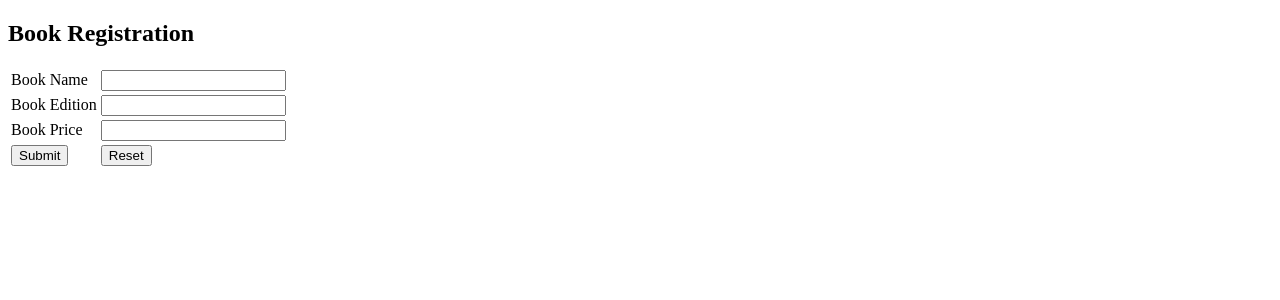
Repository: saurabh-7079/BookApp
Page: BookWebApp/WebContent/home.html
An editor plug-in stored every save of this project. The page is shown before and after the next save, followed by the edit.
The browser window is 1280 px wide. The pictures show the whole page.

Above is the page before, as saved 2023-06-05 05:59:18.

### BookWebApp/WebContent/home.html
<!DOCTYPE html>
<html>
<head>
<meta charset="ISO-8859-1">
<title>Insert title here</title>
</head>
<body>

<h2>Book Registration</h2>
<form action="register" method="post">
<table>
<tr>
<td> Book Name </td>
<td><input type="text" name="bookName"></td>
</tr>
<tr>
<td> Book Edition </td>
<td><input type="text" name="bookEditon"></td>
</tr>
<tr>
<td> Book Price </td>
<td><input type="text" name="bookPrice"></td>
</tr>
<tr>
<td><input type="submit" name="register"></td>
<td><input type="reset" name="cancel"></td>
</tr>
</table>
</form>
</body>
</html>

Loaded but not shown: BookWebApp/WebContent/css/bootstrap.css (library)

After the next save:
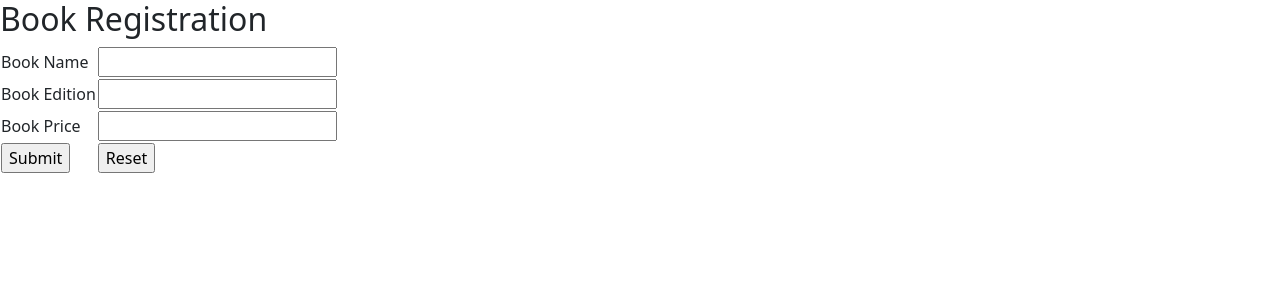
Saved 58 s later.
--- a/BookWebApp/WebContent/home.html
+++ b/BookWebApp/WebContent/home.html
@@ -3,6 +3,7 @@
 <head>
 <meta charset="ISO-8859-1">
 <title>Insert title here</title>
+<link rel="stylesheet" href="css/bootstrap.css">
 </head>
 <body>
 

After the save that followed:
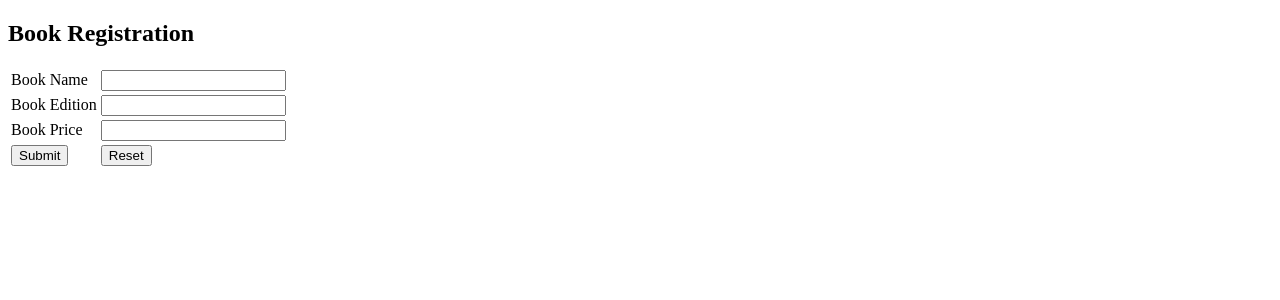
Saved 30 s later.
--- a/BookWebApp/WebContent/home.html
+++ b/BookWebApp/WebContent/home.html
@@ -3,7 +3,7 @@
 <head>
 <meta charset="ISO-8859-1">
 <title>Insert title here</title>
-<link rel="stylesheet" href="css/bootstrap.css">
+
 </head>
 <body>
 
